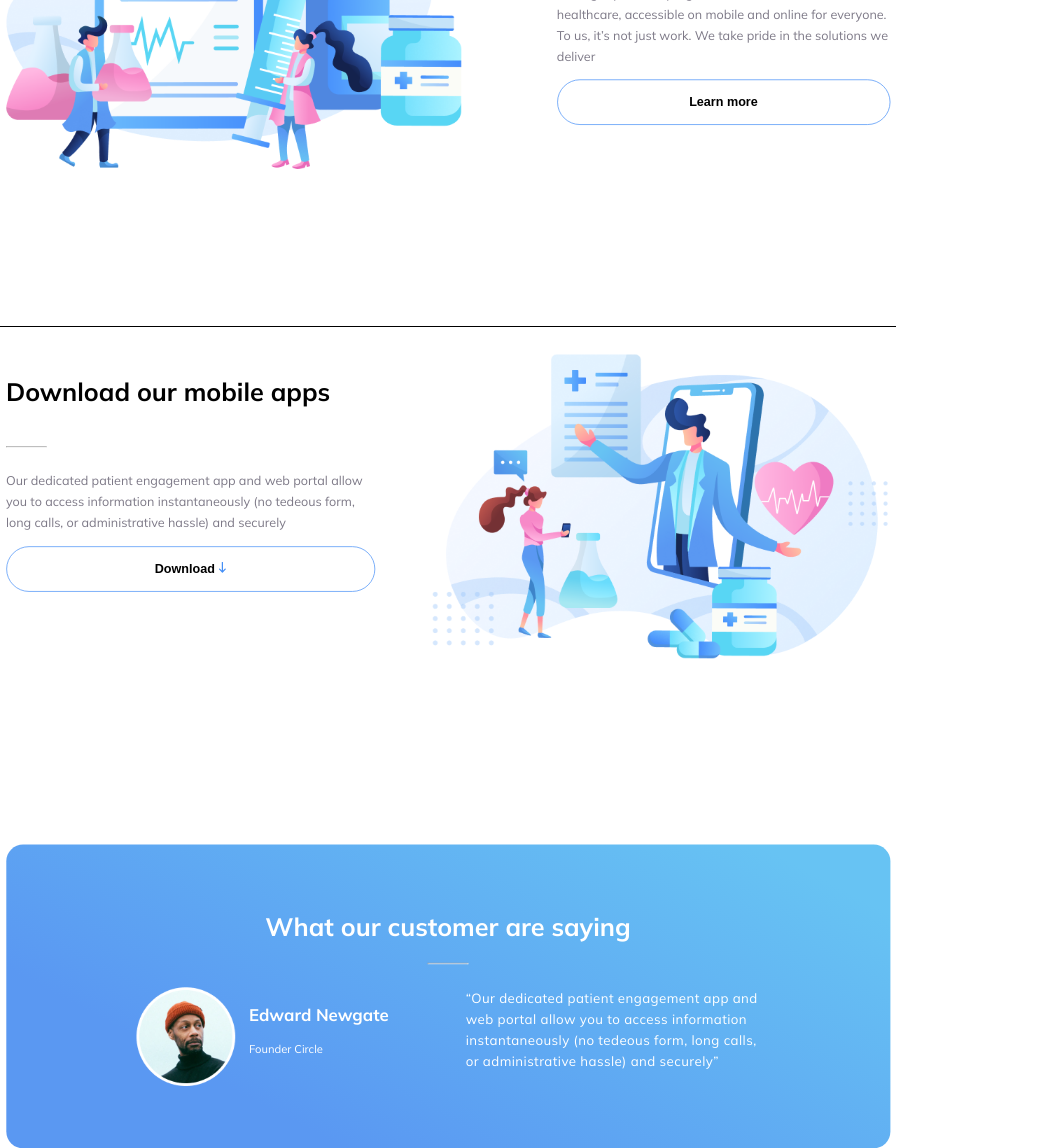
Repository: ivan-developer-01/trafalgar-layout
Page: index.html
An editor plug-in stored every save of this project. The page is shown before and after the next save, followed by the edit.
The browser window is 1280 px wide. The page is 1280 px wide, then 1499 px, so the pictures cover 1499 px, including what lies to the right of the window. The pictures show the part of the page from y = 2439 to 4079 px (the page is 4079 px tall), at 70% of full size.

Above is the page before, as saved 2024-11-08 16:02:48.

### index.html
<!DOCTYPE html>
<html lang="en">
<head>
	<meta charset="UTF-8">
	<meta http-equiv="X-UA-Compatible" content="IE=edge">
	<meta name="viewport" content="width=device-width, initial-scale=1.0">
	<title>Trafalgar Services</title>
	<link rel="preconnect" href="https://fonts.googleapis.com">
	<link rel="preconnect" href="https://fonts.gstatic.com" crossorigin>
	<link href="https://fonts.googleapis.com/css2?family=Mulish:ital,wght@0,200;0,300;0,400;0,500;0,600;0,700;0,800;0,900;1,200;1,300;1,400;1,500;1,600;1,700;1,800;1,900&display=swap" rel="stylesheet">
	<link rel="stylesheet" href="style.css">
</head>
<body>
	<header class="header">
		<div class="container">
			<!-- left part -->
			<div>
				<div class="logo">
					<img src="images/logo.png" alt="Trafalgar Logo">
				</div>
			</div>

			<!-- right part -->
			<div>
				<nav>
					<a href="#" class="nav__link nav__link-main">Home</a>
					<a href="#" class="nav__link">Find a doctor</a>
					<a href="#" class="nav__link">Apps</a>
					<a href="#" class="nav__link">Testimonials</a>
					<a href="#" class="nav__link">About us</a>
				</nav>
			</div>
		</div>
	</header>

	<main>
		<section class="main-info">
			<div class="container">
				<!-- left part -->
				<div>
					<h1>Virtual healthcare for you</h1>

					<p>Trafalgar provides progressive, and affordable healthcare, accessible on mobile and online for everyone</p>

					<button class="button round-button bg-blue">Consult today</button>
				</div>

				<!-- right part -->
				<div>
					<img src="images/hero.png" alt="Trafalgar hero image">
				</div>
			</div>

			<div class="overlay"></div>
		</section>

		<section class="our-services">
			<div class="container">
				<h2>Our services</h2>
				<hr>

				<p>We provide to you the best choiches for you. Adjust it to your health needs and make sure your undergo treatment with our highly qualified doctors you can consult with us which type of service is suitable for your health</p>

				<div class="cards">
					<div class="card">
						<img src="images/our-services/cards/search-doctor.svg" alt="Search doctor">
						<h3>Search doctor</h3>
						<p>Choose your doctor from thousands of specialist, general, and trusted hospitals</p>
					</div>
					<div class="card">
						<img src="images/our-services/cards/online-pharmacy.svg" alt="Online pharmacy">
						<h3>Online pharmacy</h3>
						<p>Buy  your medicines with our mobile application with a simple delivery system</p>
					</div>
					<div class="card">
						<img src="images/our-services/cards/consultation.svg" alt="Consultation">
						<h3>Consultation</h3>
						<p>Free consultation with our trusted doctors and get the best recomendations</p>
					</div>
					<div class="card">
						<img src="images/our-services/cards/details-info.svg" alt="Details info">
						<h3>Details info</h3>
						<p>Free consultation with our trusted doctors and get the best recomendations</p>
					</div>
					<div class="card">
						<img src="images/our-services/cards/emergency-care.svg" alt="Emergency care">
						<h3>Emergency care</h3>
						<p>You can get 24/7 urgent care for yourself or your children and your
lovely family</p>
					</div>
					<div class="card">
						<img src="images/our-services/cards/tracking.svg" alt="Tracking">
						<h3>Tracking</h3>
						<p>Track and save your medical history and health data</p>
					</div>
				</div>

				<button class="button round-button">Learn more</button>
			</div>

			<div class="overlay"></div>
			<div class="top-overlay"></div>
		</section>

		<section class="apps">
			<div class="container">
				<div class="flex-two-blocks">
					<!-- left part -->
					<div>
						<div class="image">
							<img src="images/apps/leading-healthcare-providers.png" alt="Leading healthcare providers">
						</div>
					</div>

					<!-- right part -->
					<div>
						<h2>Leading healthcare providers</h2>
						<hr>
						<p>
							Trafalgar provides progressive, and affordable healthcare, accessible on mobile and online for everyone. To us, it’s not just work. We take pride in the solutions we deliver
						</p>

						<button class="button round-button">Learn more</button>
					</div>
				</div>

				<div class="flex-two-blocks">
					<!-- left part -->
					<div>
						<h2>Download our mobile apps</h2>
						<hr>
						<p>
							Our dedicated patient engagement app and web portal allow you to access information instantaneously (no tedeous form, long calls, or administrative hassle) and securely
						</p>

						<button class="button round-button">Download
							<img src="images/arrow-download.svg" alt="Download icon">
						</button>
					</div>

					<!-- right part -->
					<div>
						<div class="image">
							<img src="images/apps/mobile-apps.png" alt="Mobile apps">
						</div>
					</div>
				</div>
			</div>
		</section>

		<section class="reviews">
			<div class="container">
				<h2>What our customer are saying</h2>
				<hr>
				<div class="review-slider">
					<div class="review">
						<div class="review-user">
							<img src="images/reviews/avatar-1.png" alt="Avatar" class="avatar">
							<div class="user-credentials">
								<h3>Edward Newgate</h3>
								<span>Founder Circle</span>
							</div>
						</div>

						<div class="review-text">
							<p>
								“Our dedicated patient engagement app and web portal allow you to access information instantaneously (no tedeous form, long calls, or administrative hassle) and securely”
							</p>
						</div>
					</div>
				</div>
			</div>
		</section>
	</main>
</body>
</html>

### style.css
html,
body {
	width: 100vw;
	margin: 0;
	padding: 0;
	font-family: 'Mulish', sans-serif;
}

.container {
	width: 100%;
	max-width: 1263px;
	margin: 0 auto;
}

section hr {
	width: 56px;
	margin-top: 26px;
	margin-bottom: 33px;
}

h1 {
	font-size: 48px;
}

h3 {
	font-size: 24px;
}

p {
	color: #7D7987;
	margin-top: 0;
}

.button {
	/* appearance: none; */
	border: 1px solid #458FF6;
	background: transparent;
	cursor: pointer;
	font-weight: 700;
	font-size: 18px;
	padding: 21px 41px;
}

.button.round-button {
	border-radius: 999px;
}

.bg-blue {
	background-color: #458FF6;
	color: #FFF;
}

/* header */
.header {
	padding-top: 56px;
}

.header .container {
	display: flex;
	justify-content: space-between;
	align-items: center;
}

.header nav {
	display: flex;
	gap: 40px;
	font-size: 18px;
}

.header nav a {
	text-decoration: none;
	color: #8f8a9a;
}

.header .nav__link-main {
	color: #1F1534;
}
/* /header */

/* main-info */
.main-info {
	position: relative;
}

.main-info .overlay {
	position: absolute;
	top: 0;
	left: 0;
	right: 0;
	bottom: 0;
	background-image: url(images/main-info-overlay.png);
	background-repeat: no-repeat;
	z-index: -1;
}

.main-info .container {
	display: flex;
	justify-content: space-between;
	align-items: center;
	gap: 109px;
}

.main-info p {
	font-size: 21px;
	line-height: 32px;
	margin-top: 25px;
	margin-bottom: 45px;
}
/* /main-info */

/* our-services */
.our-services {
	margin-top: 190px;
	position: relative;
}

.our-services .overlay,
.our-services .top-overlay {
	position: absolute;
	right: 0;
	bottom: 0;
	left: 0;
	background-repeat: no-repeat;
	z-index: -1;
	pointer-events: none;
}

.our-services .overlay {
	top: calc(20% - 44px);
	background-image: url(images/our-services/our-services-overlay.svg);
}

.our-services .top-overlay {
	top: 46%;
	left: 76%;
	background-image: url(images/our-services/our-services-top-overlay.svg);
}

.our-services .container {
	text-align: center;
}

.our-services p {
	max-width: 952px;
	margin: 0 auto;
}

.our-services .cards {
	display: grid;
	grid-template-columns: repeat(3, 1fr);
	gap: 34px;
	margin-top: 80px;
	position: relative;
	background: transparent;
}

.our-services .cards .card {
	box-shadow: 10px 40px 50px 0px #E5E9F666;
	/* top right bottom left */
	width: calc(350px - 52px - 36px);
	height: calc(354px - 58px - 47px);
	border-radius: 20px;
	padding: 58px 52px 47px 36px;
	text-align: left;
	background: #FFF;
	z-index: 1;
}

.our-services .cards .card p {
	font-size: 16px;
	line-height: 28px;
}

.our-services .cards .card h3 {
	margin-top: 36.25px;
}

.our-services .button {
	margin-top: 72px;
	color: #458FF6;
	border-width: 1.4px;
	min-width: 200px;
}
/* /our-services */

/* apps */
.apps {
	margin-top: 220px;
}

.apps .container {
	display: grid;
	gap: 265px;
}

.apps .flex-two-blocks {
	display: flex;
}

.apps .flex-two-blocks div {
	display: flex;
	flex-direction: column;
}

.apps .flex-two-blocks h2 {
	font-size: 36px;
}

.apps .flex-two-blocks hr {
	text-align: left;
	width: 56px;
	margin-left: 0;
	margin-right: 0;
}

.apps .flex-two-blocks p {
	font-size: 18px;
	line-height: 30px;
}

.apps .flex-two-blocks:first-child {
	gap: 137px;
}

.apps .flex-two-blocks:last-child {
	gap: 71px;
}
/* /apps */

/* reviews */
.reviews {
	margin-top: 266px;
}

.reviews .container {
	background: linear-gradient(208.18deg, #67C3F3 9.05%, #5A98F2 76.74%);
	color: white;
	text-align: center;
	padding: 64px 0 89px 0;
	border-radius: 24px;
}

.reviews hr {
	color: white;
}

.reviews h2 {
	font-size: 36px;
}


.review-slider .review {
	display: flex;
	justify-content: center;
	align-items: center;
	gap: 110px;
}

.review-slider .review .review-user {
	display: flex;
	justify-content: center;
	gap: 20px;
	text-align: left;
}

.review-slider .review .review-text {
	text-align: left;
	max-width: 420px;
}

.review-slider .review .review-text p {
	color: white;
	font-size: 19px;
	letter-spacing: 0.6px;
	line-height: 30px;
}
/* /reviews */

After the next save:
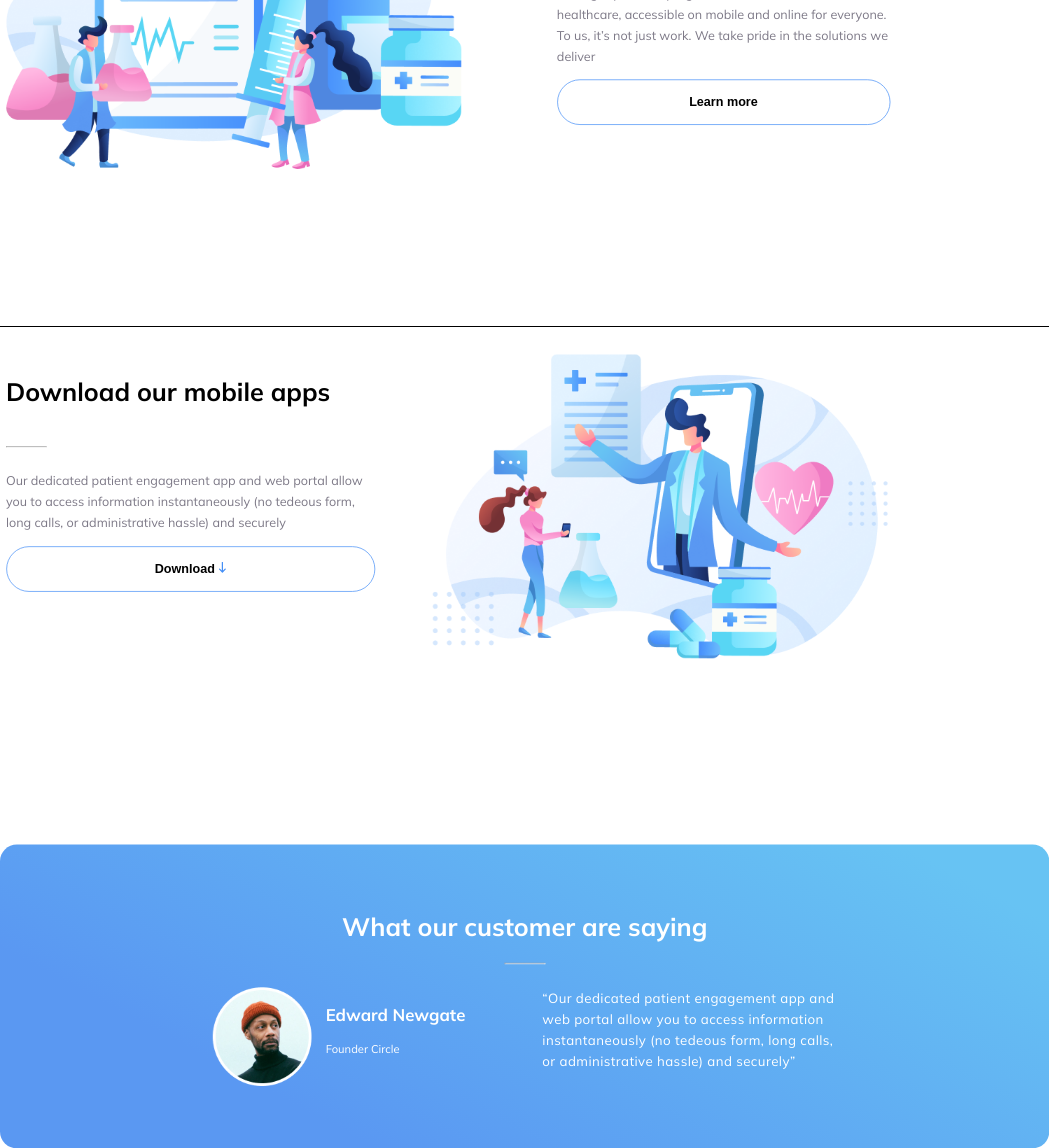
Saved 11 s later.
--- a/style.css
+++ b/style.css
@@ -236,7 +236,7 @@ p {
 	background: linear-gradient(208.18deg, #67C3F3 9.05%, #5A98F2 76.74%);
 	color: white;
 	text-align: center;
-	padding: 64px 0 89px 0;
+	padding: 64px 118px 89px 118px;
 	border-radius: 24px;
 }
 
